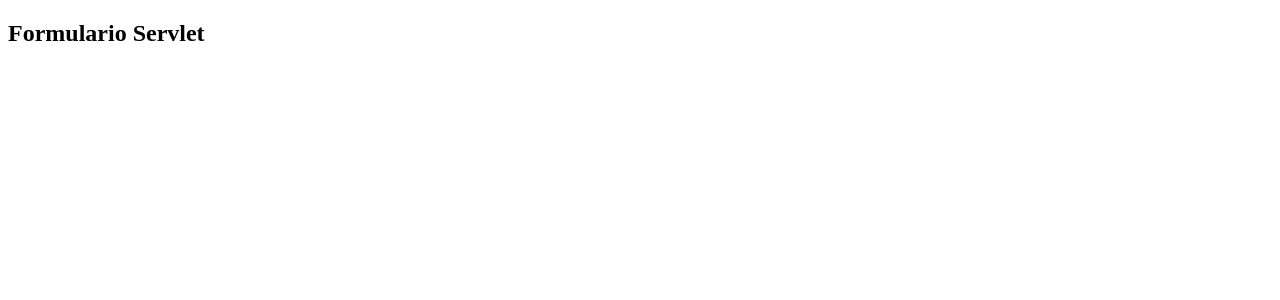
Repository: SRubiRosales/JavaBasico
Page: http://localhost/ManejoParametros/
An editor plug-in stored every save of this project. The page is shown before and after the next save, followed by the edit.
The browser window is 1280 px wide. The pictures show the whole page.
The page is served by Tomcat 9.

Above is the page before, as saved 2022-04-25 20:20:34.

After the next save:
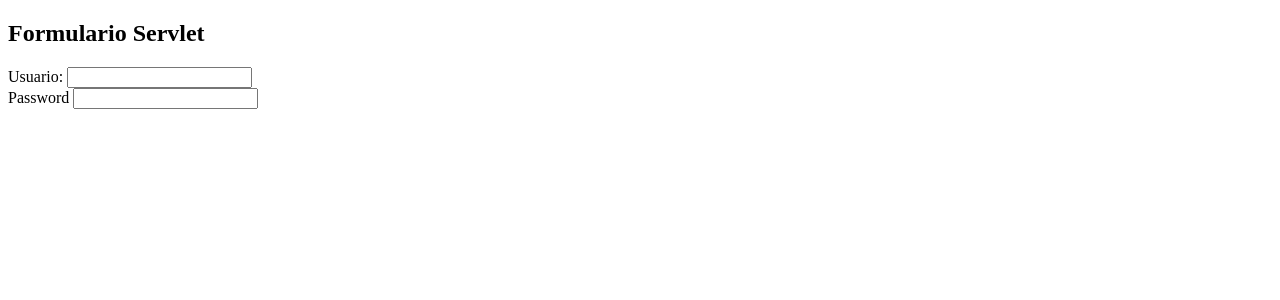
Saved 116 s later.
--- a/ManejoParametros/src/main/webapp/index.jsp
+++ b/ManejoParametros/src/main/webapp/index.jsp
@@ -6,6 +6,10 @@
 	</head>
 	<body>
 		<h2>Formulario Servlet</h2>
-		<form name="form1" action="/Servlet" method="POST"></form><!-- El formulario responde al servlet del action -->
+		<form name="form1" action="/Servlet" method="POST"><!-- El formulario responde al servlet del action -->
+			Usuario: <input type="text" name="usuario"/>
+			<br>
+			Password <input type="password" name="password"/>
+		</form>
 	</body>
 </html>
